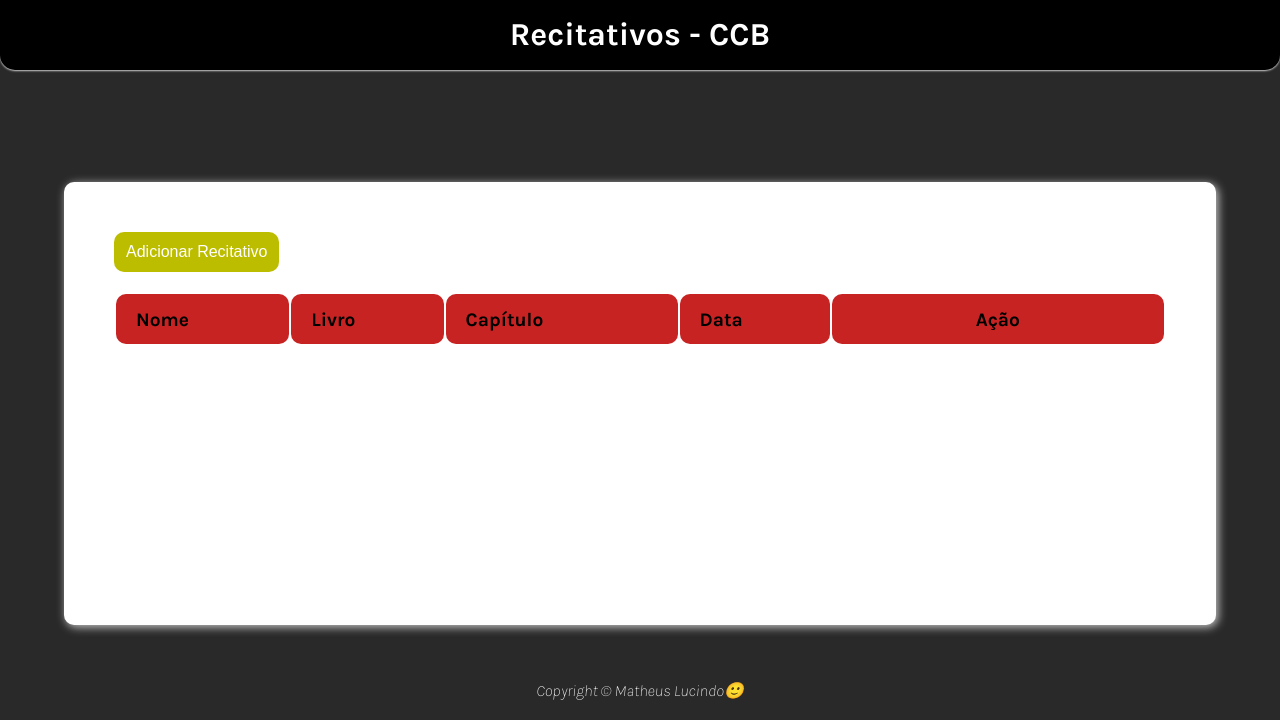
Repository: Matheus904-12/API-da-CCB
Page: index.html
The author's editor kept a copy of each file at every save. The page is drawn from the files as they stood at one save, then again after the next save.
The browser window is 1280 px wide. The pictures show the whole page.

Above is the page before, as saved 2024-01-14 02:02:42.

After the next save:
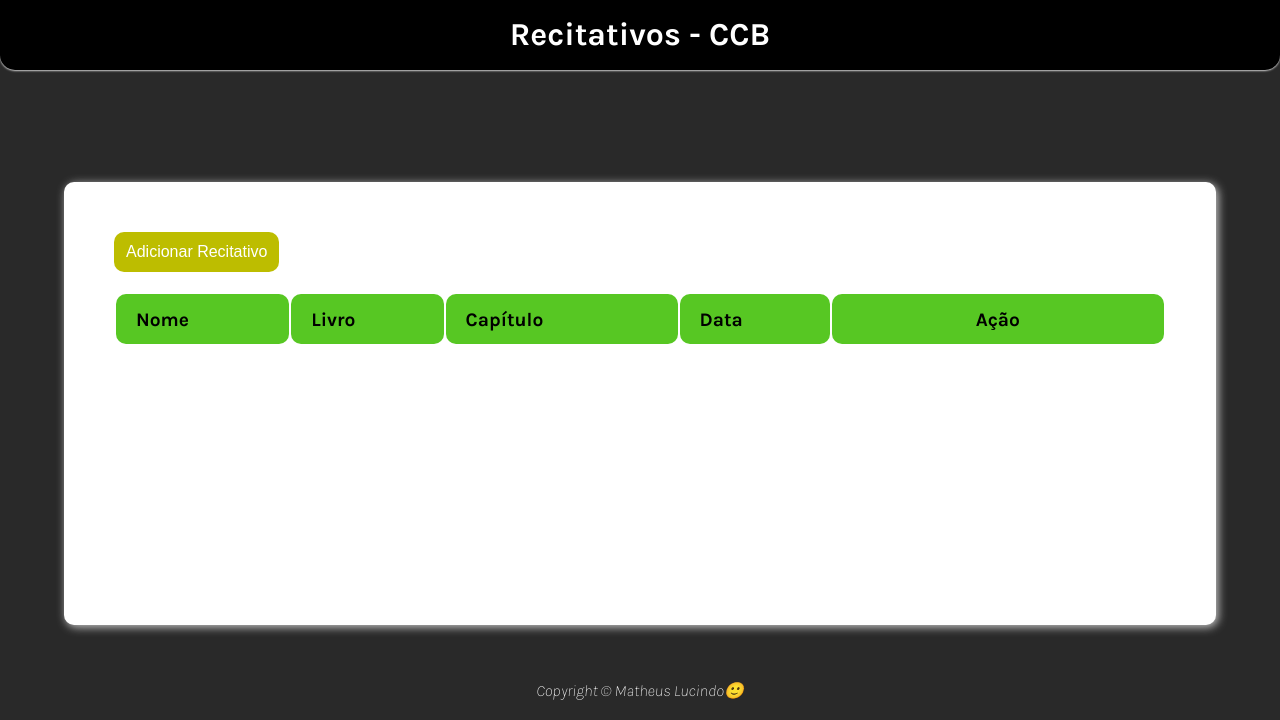
Saved 7 s later.
--- a/registros.css
+++ b/registros.css
@@ -6,7 +6,7 @@
 
 .records th{
     height: 50px;
-    background-color:#c72323;
+    background-color:#57c723;
     padding-left: 20px;
     font-size: 1.2rem;
     border-radius: 10px;
